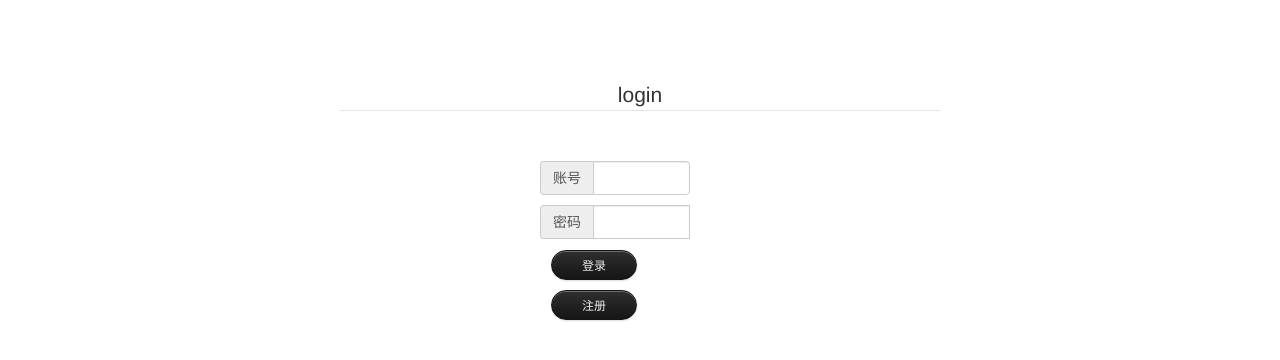
Repository: silzx/learning
Page: http://localhost/MyBatis/
These files come from the project's save history. The page is drawn as it stood at one moment and after the next save; the edit follows.
The browser window is 1280 px wide. The pictures show the whole page.
The page is served by Tomcat 9. Other server files are loaded and not shown.

Above is the page before, as saved 2017-11-13 02:29:05.
Console error (its wording comes from the project's code and is left out).

### MyBatis/WebContent/index.jsp
<%@page import="java.net.URLDecoder"%>
<%@ page language="java" import="java.util.*" pageEncoding="UTF-8"%>
<%
String path = request.getContextPath();
String basePath = request.getScheme()+"://"+request.getServerName()+":"+request.getServerPort()+path+"/";
%>

<!DOCTYPE HTML PUBLIC "-//W3C//DTD HTML 4.01 Transitional//EN">
<html>
  <head>
    <base href="<%=basePath%>">
    <link rel="stylesheet" type="text/css" href="bootstrap-3.3.7-dist/css/bootstrap.min.css">
    <link rel="stylesheet" type="text/css" href="buttons/buttons.css">
    <title>My JSP 'index.jsp' starting page</title>
	<meta http-equiv="pragma" content="no-cache">
	<meta http-equiv="cache-control" content="no-cache">
	<meta http-equiv="expires" content="0">
	<meta http-equiv="keywords" content="keyword1,keyword2,keyword3">
	<meta http-equiv="description" content="This is my page">
	<!--
	<link rel="stylesheet" type="text/css" href="styles.css">
	-->
	<style type="text/css">
		button[name='login']{position: fixed;right: 643px;top: 250px}
		button[name='reg']{position: fixed;right: 643px;top: 290px}
		#reset{position: relative;right: 25px}
		#pad{position: relative;right: 25px;}
	</style>
  </head>
  <script type="text/javascript">
  function reset(){
		document.getElementById("error").style.visibility="hidden";
		$("input[name='name']").val("");
		$("input[name='pwd']").val("");
	}
  </script>
   	<%
   		String name="";
   		String pwd="";
   		Cookie[] cs=request.getCookies();
  		if(cs!=null){
  			for(Cookie c:cs){
  					if("nameC".equals(c.getName())){
  	  					name=c.getValue();
  	  					name=URLDecoder.decode(name, "utf-8");
  	  				}
  	  				if("pwdC".equals(c.getName())){
  	  					pwd=c.getValue();
  	  				}
  			}
  		}String errorinfo="";
  		if(session.getAttribute("error")!=null){%>
<!--   			errorinfo=(String)session.getAttribute("error"); -->
			<script type="text/javascript">
				function display(){
					document.getElementById("error").style.visibility="visible";
				}
				window.onload=display;
			</script>
  		<%}
   		%>
  <body>
  <script type="text/javascript" src="jquery1.8/jquery-1.8.0.min.js"></script>
  <script src="bootstrap-3.3.7-dist/js/bootstrap.min.js"></script>
		<center>
		<br><br><br><br>
		<fieldset style="width: 600px"><legend>login</legend>
				<form action="<%=basePath%>UserAction/userLogin.action" method="post">
				<span style="color: red; visibility: hidden;" id="error" >账号或者密码错误</span><p>
				<div id="reset" class="input-group" style="width: 25%">
					<span class="input-group-addon">账号</span>
					<input type="text" name="u.name" class="form-control" value="<%=name %>">
				</div>
				<p/>
				<div id="pad" class="input-group " style="width: 25%">
					<span class="input-group-addon">密码</span>
					<input type="password" name="u.pwd" class="form-control" ><p><br/>
				</div>
				<button class="button button-raised button-pill button-inverse button-small" name="login" type="submit">登录</button>
				<button class="button button-raised button-pill button-inverse button-small" name="reg" onclick="window.location.href='reg.jsp'">注册</button>
				</form>
		</fieldset>
	</center>
	<%
  		session.removeAttribute("error");
  	%>
  </body>
</html>

Loaded but not shown: MyBatis/WebContent/bootstrap-3.3.7-dist/css/bootstrap.min.css (library); MyBatis/WebContent/jquery1.8/jquery-1.8.0.min.js (library); MyBatis/WebContent/bootstrap-3.3.7-dist/js/bootstrap.min.js (library); MyBatis/WebContent/buttons/buttons.css (1492 lines, source omitted)

After the next save:
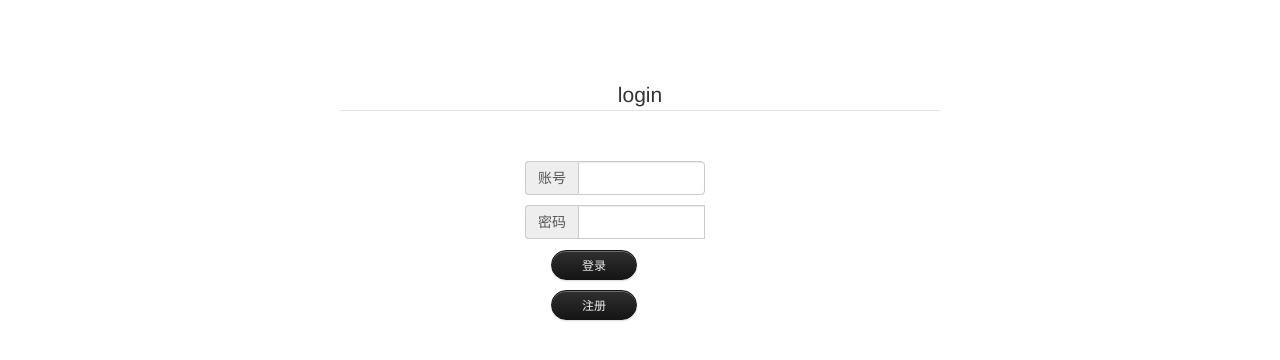
Saved 22 s later.
--- a/MyBatis/WebContent/index.jsp
+++ b/MyBatis/WebContent/index.jsp
@@ -67,12 +67,12 @@ String basePath = request.getScheme()+"://"+request.getServerName()+":"+request.
 		<fieldset style="width: 600px"><legend>login</legend>
 				<form action="<%=basePath%>UserAction/userLogin.action" method="post">
 				<span style="color: red; visibility: hidden;" id="error" >账号或者密码错误</span><p>
-				<div id="reset" class="input-group" style="width: 25%">
+				<div id="reset" class="input-group" style="width: 30%">
 					<span class="input-group-addon">账号</span>
 					<input type="text" name="u.name" class="form-control" value="<%=name %>">
 				</div>
 				<p/>
-				<div id="pad" class="input-group " style="width: 25%">
+				<div id="pad" class="input-group " style="width: 30%">
 					<span class="input-group-addon">密码</span>
 					<input type="password" name="u.pwd" class="form-control" ><p><br/>
 				</div>
